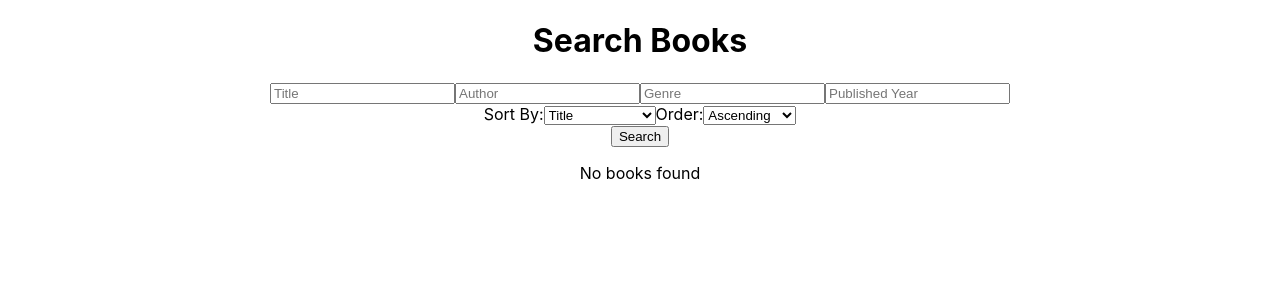
Repository: Surbhiairan/book-search-client
Page: /
These files come from the project's save history. The page is drawn as it stood at one moment and after a run of saves; the edit follows.
The browser window is 1280 px wide. The pictures show the whole page.
The project was rebuilt for these pictures with package versions that can differ from the ones it lists, and the page was loaded fresh each time.

Above is the page before, as saved 2024-06-11 18:38:58.

After the next 2 saves:
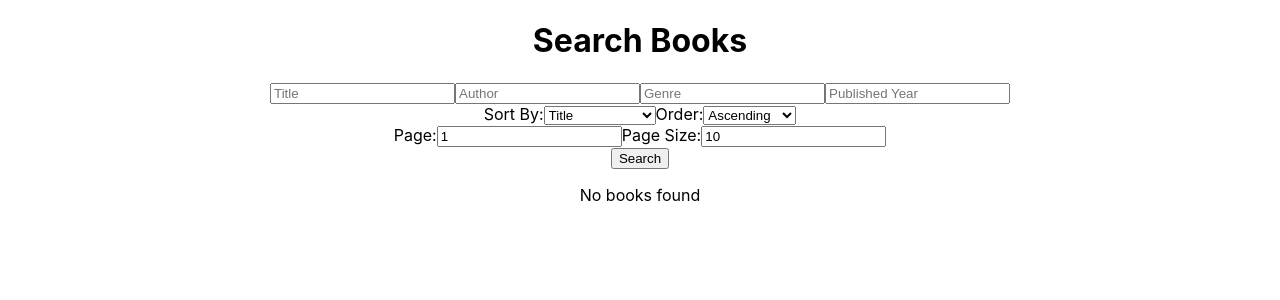
The 2 saves are shown as one change because 1 did not build or start.
The last was saved 4 min 18 s later.
--- a/src/components/SearchBooks.js
+++ b/src/components/SearchBooks.js
@@ -15,6 +15,13 @@ const SearchBooks = () => {
     order: 'asc'
   });
 
+  const [pagination, setPagination] = useState({
+    page: 1,
+    size: 10
+  });
+  const [totalPages, setTotalPages] = useState(0);
+
+
   const handleChange = (e) => {
     setSearchCriteria({ ...searchCriteria, [e.target.name]: e.target.value });
   };
@@ -23,17 +30,25 @@ const SearchBooks = () => {
     setSortCriteria({ ...sortCriteria, [e.target.name]: e.target.value });
   };
 
+  const handlePageChange = (e) => {
+    setPagination({ ...pagination, page: parseInt(e.target.value) });
+  };
+
+  const handleSizeChange = (e) => {
+    setPagination({ ...pagination, size: parseInt(e.target.value) });
+  };
+
   const handleSearch = async () => {
     try {
       const response = await axios.get('http://localhost:5000/api/books', {
-        params: { ...searchCriteria, ...sortCriteria }
+        params: { ...searchCriteria, ...sortCriteria, ...pagination }
       });
-      setBooks(response.data);
+      setBooks(response.data.books);
+      setTotalPages(response.data.totalPages);
     } catch (err) {
       console.error(err);
     }
   };
-
 
   return (
     <div>
@@ -84,6 +99,28 @@ const SearchBooks = () => {
             </select>
           </label>
         </div>
+        <div>
+          <label>
+            Page:
+            <input
+              type="number"
+              name="page"
+              value={pagination.page}
+              onChange={handlePageChange}
+              min="1"
+            />
+          </label>
+          <label>
+            Page Size:
+            <input
+              type="number"
+              name="size"
+              value={pagination.size}
+              onChange={handleSizeChange}
+              min="1"
+            />
+          </label>
+        </div>
         <button onClick={handleSearch}>Search</button>
       </div>
       <div>
